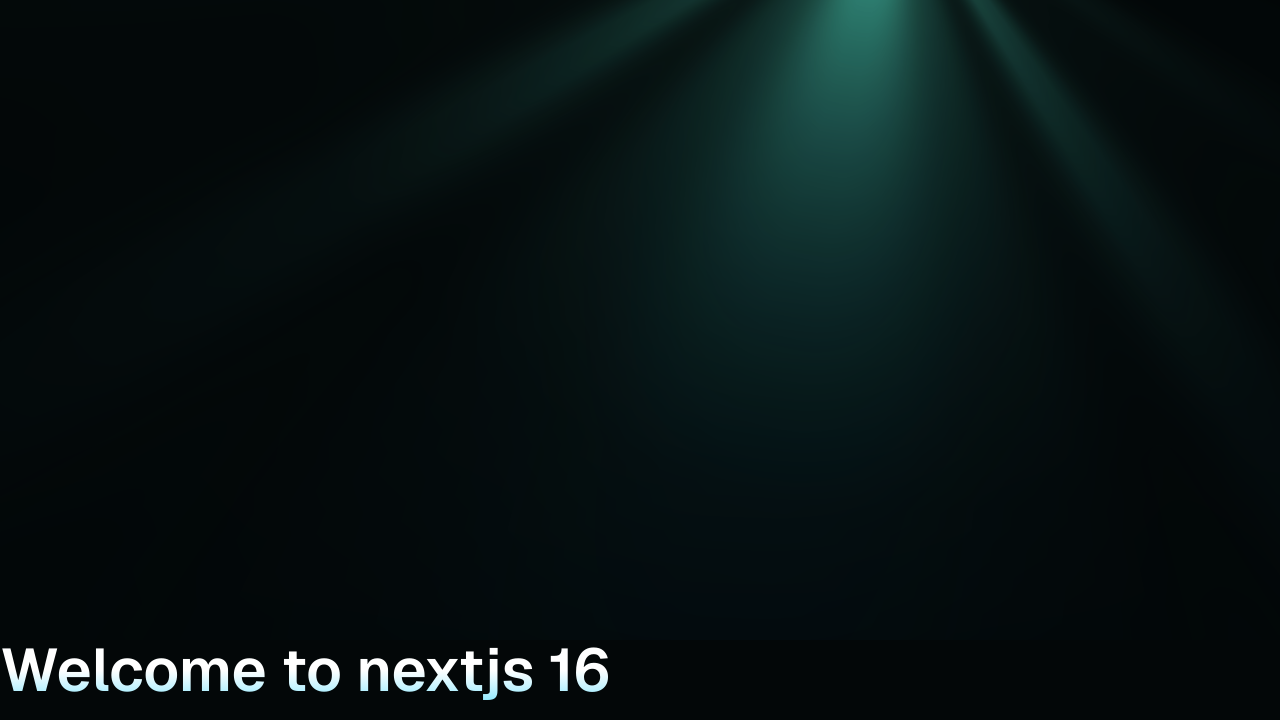
Repository: MuhammadHozaif-Bitsol/DevEvents
Page: /
The author's editor kept a copy of each file at every save. The page is drawn from the files as they stood at one save, then again after the next save.
The browser window is 1280 px wide. The pictures show the whole page.
Some web fonts or font styles are not loaded; a fallback is used. The project was rebuilt for these pictures with package versions that can differ from the ones it lists, and the page was loaded fresh each time. The framework's server and built-in components were replaced by stand-ins that run in the browser. Also part of the build but not shown: next.config.ts.

Above is the page before, as saved 2026-08-25 14:41:25.

### app/layout.tsx
import type { Metadata } from "next";
import { Schibsted_Grotesk, Martian_Mono, Geist } from "next/font/google";
import "./globals.css";
import { cn } from "@/lib/utils";

import LightRays from "@/components/LightRays";
const geist = Geist({ subsets: ["latin"], variable: "--font-sans" });

const schibstedGrotesk = Schibsted_Grotesk({
  variable: "--font-schibsted--grotesk",
  subsets: ["latin"],
});

const martianMono = Martian_Mono({
  variable: "--font-martian-mono",
  subsets: ["latin"],
});

export const metadata: Metadata = {
  title: "DevEvent",
  description: "The hub of every event you just can not miss",
};

export default function RootLayout({ children }: LayoutProps<"/">) {
  return (
    <html
      lang="en"
      className={cn(
        "h-full",
        "antialiased",
        "min-h-screen",
        schibstedGrotesk.variable,
        martianMono.variable,
        "font-sans",
        geist.variable,
      )}
    >
      <body className="min-h-full flex flex-col">
        <div>
          <LightRays></LightRays>
        </div>
        {children}
      </body>
    </html>
  );
}

### app/page.tsx
const page = () => {
  return <h1>Welcome to nextjs 16</h1>;
};

export default page;

### app/globals.css
@import "tailwindcss";
@import "tw-animate-css";

@custom-variant dark (&:is(.dark *));

:root {
  --color-blue: #94eaff;
  --color-light-100: #e7f2ff;
  --color-light-200: #bdbdbd;
  --color-border-dark: #151024;
  --color-dark-100: #0d161a;
  --color-dark-200: #182830;
  --radius: 0.625rem;
  --background: #030708;
  --foreground: #ffffff;
  --card: oklch(1 0 0);
  --card-foreground: oklch(0.145 0 0);
  --popover: oklch(1 0 0);
  --popover-foreground: oklch(0.145 0 0);
  --primary: #59deca;
  --primary-foreground: oklch(0.985 0 0);
  --secondary: oklch(0.97 0 0);
  --secondary-foreground: oklch(0.205 0 0);
  --muted: oklch(0.97 0 0);
  --muted-foreground: oklch(0.556 0 0);
  --accent: oklch(0.97 0 0);
  --accent-foreground: oklch(0.205 0 0);
  --destructive: oklch(0.577 0.245 27.325);
  --border: oklch(0.922 0 0);
  --input: oklch(0.922 0 0);
  --ring: oklch(0.708 0 0);
  --chart-1: oklch(0.646 0.222 41.116);
  --chart-2: oklch(0.6 0.118 184.704);
  --chart-3: oklch(0.398 0.07 227.392);
  --chart-4: oklch(0.828 0.189 84.429);
  --chart-5: oklch(0.769 0.188 70.08);
  --sidebar: oklch(0.985 0 0);
  --sidebar-foreground: oklch(0.145 0 0);
  --sidebar-primary: oklch(0.205 0 0);
  --sidebar-primary-foreground: oklch(0.985 0 0);
  --sidebar-accent: oklch(0.97 0 0);
  --sidebar-accent-foreground: oklch(0.205 0 0);
  --sidebar-border: oklch(0.922 0 0);
  --sidebar-ring: oklch(0.708 0 0);
}

@theme inline {
  --color-background: var(--background);
  --color-foreground: var(--foreground);
  --color-blue: var(--color-blue);
  --color-light-100: var(--color-light-100);
  --color-light-200: var(--color-light-200);
  --color-border-dark: var(--color-border-dark);
  --color-dark-100: var(--color-dark-100);
  --color-dark-200: var(--color-dark-200);
  --font-schibsted-grotesk: var(--font-schibsted-grotesk);
  --font-martian-mono: var(--font-martian-mono);
  --color-sidebar-ring: var(--sidebar-ring);
  --color-sidebar-border: var(--sidebar-border);
  --color-sidebar-accent-foreground: var(--sidebar-accent-foreground);
  --color-sidebar-accent: var(--sidebar-accent);
  --color-sidebar-primary-foreground: var(--sidebar-primary-foreground);
  --color-sidebar-primary: var(--sidebar-primary);
  --color-sidebar-foreground: var(--sidebar-foreground);
  --color-sidebar: var(--sidebar);
  --color-chart-5: var(--chart-5);
  --color-chart-4: var(--chart-4);
  --color-chart-3: var(--chart-3);
  --color-chart-2: var(--chart-2);
  --color-chart-1: var(--chart-1);
  --color-ring: var(--ring);
  --color-input: var(--input);
  --color-border: var(--border);
  --color-destructive: var(--destructive);
  --color-accent-foreground: var(--accent-foreground);
  --color-accent: var(--accent);
  --color-muted-foreground: var(--muted-foreground);
  --color-muted: var(--muted);
  --color-secondary-foreground: var(--secondary-foreground);
  --color-secondary: var(--secondary);
  --color-primary-foreground: var(--primary-foreground);
  --color-primary: var(--primary);
  --color-popover-foreground: var(--popover-foreground);
  --color-popover: var(--popover);
  --color-card-foreground: var(--card-foreground);
  --color-card: var(--card);
  --radius-sm: calc(var(--radius) - 4px);
  --radius-md: calc(var(--radius) - 2px);
  --radius-lg: var(--radius);
  --radius-xl: calc(var(--radius) + 4px);
}

@utility flex-center {
  @apply flex items-center justify-center;
}

@utility text-gradient {
  @apply to-blue bg-gradient-to-b from-white via-white bg-clip-text font-semibold text-transparent;
}

@utility glass {
  @apply bg-[#12121280]/50 rounded-md bg-clip-padding backdrop-filter backdrop-blur-xl border-b border-border-dark;
}

@utility card-shadow {
  box-shadow: 0px 4px 40px 0px #00000066;
}

@layer base {
  * {
    @apply border-border outline-ring/50;
  }

  body {
    @apply bg-background text-foreground;
  }

  main {
    @apply mx-auto container flex flex-col sm:px-10 px-5 py-10;
  }

  h1 {
    @apply text-gradient text-6xl font-semibold max-sm:text-4xl;
  }

  h3 {
    @apply font-schibsted-grotesk text-2xl font-bold;
  }

  ul {
    @apply list-disc list-inside;
  }
}

@layer components {
  #home {
    .subheading {
      @apply text-light-100 text-lg max-sm:text-sm text-center mt-5;
    }
  }

  #explore-btn {
    @apply border-dark-200 bg-dark-100 flex w-fit cursor-pointer  rounded-full border px-8 py-3.5 max-sm:w-full text-center;

    a {
      @apply flex-center gap-2 text-center w-full;
    }
  }

  header {
    @apply glass sticky top-0 z-50;

    nav {
      @apply flex flex-row justify-between mx-auto container sm:px-10 px-5 py-4;
    }

    .logo {
      @apply flex flex-row items-center gap-2;

      p {
        @apply text-xl font-bold italic max-sm:hidden;
      }
    }

    ul {
      @apply flex flex-row items-center gap-6;
    }
  }

  .events {
    @apply grid md:grid-cols-3 gap-10 sm:grid-cols-2 grid-cols-1;
  }

  #event-card {
    @apply flex flex-col gap-3;

    .poster {
      @apply h-[300px] w-full rounded-lg object-cover;
    }

    .title {
      @apply text-[20px] font-semibold line-clamp-1;
    }

    p {
      @apply text-light-200 text-sm font-light;
    }

    .datetime {
      @apply text-light-200 flex flex-row flex-wrap items-center gap-4;

      div {
        @apply flex flex-row gap-2;
      }
    }
  }

  #event {
    .header {
      @apply flex w-2/3 flex-col items-start gap-4 max-lg:w-full mb-10;
    }

    .details {
      @apply flex w-full flex-col lg:flex-row gap-12 items-start mt-12 max-lg:items-center;

      .content {
        @apply flex flex-[2] flex-col gap-8 max-lg:w-full;

        .banner {
          @apply max-h-[457px] w-full rounded-lg object-cover;
        }

        .agenda {
          @apply flex flex-col gap-2;

          ul {
            li {
              @apply text-light-100 text-lg max-sm:text-sm;
            }
          }
        }
      }

      .booking {
        @apply flex-1 w-full p-4 border-l border-gray-700;

        .signup-card {
          @apply bg-dark-100 border-dark-200 card-shadow flex w-full flex-col gap-6 rounded-[10px] border px-5 py-6;
        }
      }
    }

    h2 {
      @apply font-schibsted-grotesk text-2xl font-bold;
    }

    p {
      @apply text-light-100 text-lg max-sm:text-sm;
    }

    .flex-col-gap-2 {
      @apply flex flex-col gap-2;
    }

    .flex-row-gap-2 {
      @apply flex flex-row gap-2;
    }
  }

  .pill {
    @apply bg-dark-100 text-light-100 text-xs rounded-[6px] px-5 py-2;
  }

  #book-event {
    @apply flex flex-col gap-6;

    form {
      @apply flex flex-col gap-6;

      div {
        @apply flex flex-col gap-2;

        input {
          @apply bg-dark-200 rounded-[6px] px-5 py-2.5;
        }
      }

      button {
        @apply bg-primary hover:bg-primary/90 w-full cursor-pointer items-center justify-center rounded-[6px] px-4 py-2.5 text-lg font-semibold text-black;
      }
    }
  }
}

### components/LightRays.tsx
"use client";

import { useRef, useEffect, useState } from "react";
import { Renderer, Program, Triangle, Mesh } from "ogl";

export type RaysOrigin =
  | "top-center"
  | "top-center-offset"
  | "top-left"
  | "top-right"
  | "right"
  | "left"
  | "bottom-center"
  | "bottom-right"
  | "bottom-left";

interface LightRaysProps {
  raysOrigin?: RaysOrigin;
  raysColor?: string;
  raysSpeed?: number;
  lightSpread?: number;
  rayLength?: number;
  pulsating?: boolean;
  fadeDistance?: number;
  saturation?: number;
  followMouse?: boolean;
  mouseInfluence?: number;
  noiseAmount?: number;
  distortion?: number;
  className?: string;
}

const DEFAULT_COLOR = "#ffffff";

const hexToRgb = (hex: string): [number, number, number] => {
  const m = /^#?([a-f\d]{2})([a-f\d]{2})([a-f\d]{2})$/i.exec(hex);
  return m
    ? [
        parseInt(m[1], 16) / 255,
        parseInt(m[2], 16) / 255,
        parseInt(m[3], 16) / 255,
      ]
    : [1, 1, 1];
};

const getAnchorAndDir = (
  origin: RaysOrigin,
  w: number,
  h: number,
): { anchor: [number, number]; dir: [number, number] } => {
  const outside = 0.2;
  switch (origin) {
    case "top-left":
      return { anchor: [0, -outside * h], dir: [0, 1] };
    case "top-right":
      return { anchor: [w, -outside * h], dir: [0, 1] };
    case "top-center-offset":
      return { anchor: [0.5 * w + 0.2 * w, -outside * h], dir: [-0.2, 1] };
    case "left":
      return { anchor: [-outside * w, 0.5 * h], dir: [1, 0] };
    case "right":
      return { anchor: [(1 + outside) * w, 0.5 * h], dir: [-1, 0] };
    case "bottom-left":
      return { anchor: [0, (1 + outside) * h], dir: [0, -1] };
    case "bottom-center":
      return { anchor: [0.5 * w, (1 + outside) * h], dir: [0, -1] };
    case "bottom-right":
      return { anchor: [w, (1 + outside) * h], dir: [0, -1] };
    default: // "top-center"
      return { anchor: [0.5 * w, -outside * h], dir: [0, 1] };
  }
};

const LightRays: React.FC<LightRaysProps> = ({
  raysOrigin = "top-center-offset",
  raysColor = "#5dfeca",
  raysSpeed = 1,
  lightSpread = 1,
  rayLength = 2,
  pulsating = false,
  fadeDistance = 1.0,
  saturation = 1.0,
  followMouse = true,
  mouseInfluence = 0.1,
  noiseAmount = 0.0,
  distortion = 0.0,
  className = "",
}) => {
  const containerRef = useRef<HTMLDivElement>(null);
  const uniformsRef = useRef<any>(null);
  const rendererRef = useRef<Renderer | null>(null);
  const mouseRef = useRef({ x: 0.5, y: 0.5 });
  const smoothMouseRef = useRef({ x: 0.5, y: 0.5 });
  const animationIdRef = useRef<number | null>(null);
  const meshRef = useRef<any>(null);
  const cleanupFunctionRef = useRef<(() => void) | null>(null);
  const [isVisible, setIsVisible] = useState(false);
  const observerRef = useRef<IntersectionObserver | null>(null);

  useEffect(() => {
    if (!containerRef.current) return;

    observerRef.current = new IntersectionObserver(
      (entries) => {
        const entry = entries[0];
        setIsVisible(entry.isIntersecting);
      },
      { threshold: 0.1 },
    );

    observerRef.current.observe(containerRef.current);

    return () => {
      if (observerRef.current) {
        observerRef.current.disconnect();
        observerRef.current = null;
      }
    };
  }, []);

  useEffect(() => {
    if (!isVisible || !containerRef.current) return;

    if (cleanupFunctionRef.current) {
      cleanupFunctionRef.current();
      cleanupFunctionRef.current = null;
    }

    const initializeWebGL = async () => {
      if (!containerRef.current) return;

      await new Promise((resolve) => setTimeout(resolve, 10));

      if (!containerRef.current) return;

      const renderer = new Renderer({
        dpr: Math.min(window.devicePixelRatio, 2),
        alpha: true,
      });
      rendererRef.current = renderer;

      const gl = renderer.gl;
      gl.canvas.style.width = "100%";
      gl.canvas.style.height = "100%";

      while (containerRef.current.firstChild) {
        containerRef.current.removeChild(containerRef.current.firstChild);
      }
      containerRef.current.appendChild(gl.canvas);

      const vert = `
attribute vec2 position;
varying vec2 vUv;
void main() {
  vUv = position * 0.5 + 0.5;
  gl_Position = vec4(position, 0.0, 1.0);
}`;

      const frag = `precision highp float;

uniform float iTime;
uniform vec2  iResolution;

uniform vec2  rayPos;
uniform vec2  rayDir;
uniform vec3  raysColor;
uniform float raysSpeed;
uniform float lightSpread;
uniform float rayLength;
uniform float pulsating;
uniform float fadeDistance;
uniform float saturation;
uniform vec2  mousePos;
uniform float mouseInfluence;
uniform float noiseAmount;
uniform float distortion;

varying vec2 vUv;

float noise(vec2 st) {
  return fract(sin(dot(st.xy, vec2(12.9898,78.233))) * 43758.5453123);
}

float rayStrength(vec2 raySource, vec2 rayRefDirection, vec2 coord,
                  float seedA, float seedB, float speed) {
  vec2 sourceToCoord = coord - raySource;
  vec2 dirNorm = normalize(sourceToCoord);
  float cosAngle = dot(dirNorm, rayRefDirection);

  float distortedAngle = cosAngle + distortion * sin(iTime * 2.0 + length(sourceToCoord) * 0.01) * 0.2;

  float spreadFactor = pow(max(distortedAngle, 0.0), 1.0 / max(lightSpread, 0.001));

  float distance = length(sourceToCoord);
  float maxDistance = iResolution.x * rayLength;
  float lengthFalloff = clamp((maxDistance - distance) / maxDistance, 0.0, 1.0);

  float fadeFalloff = clamp((iResolution.x * fadeDistance - distance) / (iResolution.x * fadeDistance), 0.5, 1.0);
  float pulse = pulsating > 0.5 ? (0.8 + 0.2 * sin(iTime * speed * 3.0)) : 1.0;

  float baseStrength = clamp(
    (0.45 + 0.15 * sin(distortedAngle * seedA + iTime * speed)) +
    (0.3 + 0.2 * cos(-distortedAngle * seedB + iTime * speed)),
    0.0, 1.0
  );

  return baseStrength * lengthFalloff * fadeFalloff * spreadFactor * pulse;
}

void mainImage(out vec4 fragColor, in vec2 fragCoord) {
  vec2 coord = vec2(fragCoord.x, iResolution.y - fragCoord.y);

  vec2 finalRayDir = rayDir;
  if (mouseInfluence > 0.0) {
    vec2 mouseScreenPos = mousePos * iResolution.xy;
    vec2 mouseDirection = normalize(mouseScreenPos - rayPos);
    finalRayDir = normalize(mix(rayDir, mouseDirection, mouseInfluence));
  }

  vec4 rays1 = vec4(1.0) *
               rayStrength(rayPos, finalRayDir, coord, 36.2214, 21.11349,
                           1.5 * raysSpeed);
  vec4 rays2 = vec4(1.0) *
               rayStrength(rayPos, finalRayDir, coord, 22.3991, 18.0234,
                           1.1 * raysSpeed);

  fragColor = rays1 * 0.5 + rays2 * 0.4;

  if (noiseAmount > 0.0) {
    float n = noise(coord * 0.01 + iTime * 0.1);
    fragColor.rgb *= (1.0 - noiseAmount + noiseAmount * n);
  }

  float brightness = 1.0 - (coord.y / iResolution.y);
  fragColor.x *= 0.1 + brightness * 0.8;
  fragColor.y *= 0.3 + brightness * 0.6;
  fragColor.z *= 0.5 + brightness * 0.5;

  if (saturation != 1.0) {
    float gray = dot(fragColor.rgb, vec3(0.299, 0.587, 0.114));
    fragColor.rgb = mix(vec3(gray), fragColor.rgb, saturation);
  }

  fragColor.rgb *= raysColor;
}

void main() {
  vec4 color;
  mainImage(color, gl_FragCoord.xy);
  gl_FragColor  = color;
}`;

      const uniforms = {
        iTime: { value: 0 },
        iResolution: { value: [1, 1] },

        rayPos: { value: [0, 0] },
        rayDir: { value: [0, 1] },

        raysColor: { value: hexToRgb(raysColor) },
        raysSpeed: { value: raysSpeed },
        lightSpread: { value: lightSpread },
        rayLength: { value: rayLength },
        pulsating: { value: pulsating ? 1.0 : 0.0 },
        fadeDistance: { value: fadeDistance },
        saturation: { value: saturation },
        mousePos: { value: [0.5, 0.5] },
        mouseInfluence: { value: mouseInfluence },
        noiseAmount: { value: noiseAmount },
        distortion: { value: distortion },
      };
      uniformsRef.current = uniforms;

      const geometry = new Triangle(gl);
      const program = new Program(gl, {
        vertex: vert,
        fragment: frag,
        uniforms,
      });
      const mesh = new Mesh(gl, { geometry, program });
      meshRef.current = mesh;

      const updatePlacement = () => {
        if (!containerRef.current || !renderer) return;

        renderer.dpr = Math.min(window.devicePixelRatio, 2);

        const { clientWidth: wCSS, clientHeight: hCSS } = containerRef.current;
        renderer.setSize(wCSS, hCSS);

        const dpr = renderer.dpr;
        const w = wCSS * dpr;
        const h = hCSS * dpr;

        uniforms.iResolution.value = [w, h];

        const { anchor, dir } = getAnchorAndDir(raysOrigin, w, h);
        uniforms.rayPos.value = anchor;
        uniforms.rayDir.value = dir;
      };

      const loop = (t: number) => {
        if (!rendererRef.current || !uniformsRef.current || !meshRef.current) {
          return;
        }

        uniforms.iTime.value = t * 0.001;

        if (followMouse && mouseInfluence > 0.0) {
          const smoothing = 0.92;

          smoothMouseRef.current.x =
            smoothMouseRef.current.x * smoothing +
            mouseRef.current.x * (1 - smoothing);
          smoothMouseRef.current.y =
            smoothMouseRef.current.y * smoothing +
            mouseRef.current.y * (1 - smoothing);

          uniforms.mousePos.value = [
            smoothMouseRef.current.x,
            smoothMouseRef.current.y,
          ];
        }

        try {
          renderer.render({ scene: mesh });
          animationIdRef.current = requestAnimationFrame(loop);
        } catch (error) {
          console.warn("WebGL rendering error:", error);
          return;
        }
      };

      window.addEventListener("resize", updatePlacement);
      updatePlacement();
      animationIdRef.current = requestAnimationFrame(loop);

      cleanupFunctionRef.current = () => {
        if (animationIdRef.current) {
          cancelAnimationFrame(animationIdRef.current);
          animationIdRef.current = null;
        }

        window.removeEventListener("resize", updatePlacement);

        if (renderer) {
          try {
            const canvas = renderer.gl.canvas;
            const loseContextExt =
              renderer.gl.getExtension("WEBGL_lose_context");
            if (loseContextExt) {
              loseContextExt.loseContext();
            }

            if (canvas && canvas.parentNode) {
              canvas.parentNode.removeChild(canvas);
            }
          } catch (error) {
            console.warn("Error during WebGL cleanup:", error);
          }
        }

        rendererRef.current = null;
        uniformsRef.current = null;
        meshRef.current = null;
      };
    };

    initializeWebGL();

    return () => {
      if (cleanupFunctionRef.current) {
        cleanupFunctionRef.current();
        cleanupFunctionRef.current = null;
      }
    };
  }, [
    isVisible,
    raysOrigin,
    raysColor,
    raysSpeed,
    lightSpread,
    rayLength,
    pulsating,
    fadeDistance,
    saturation,
    followMouse,
    mouseInfluence,
    noiseAmount,
    distortion,
  ]);

  useEffect(() => {
    if (!uniformsRef.current || !containerRef.current || !rendererRef.current)
      return;

    const u = uniformsRef.current;
    const renderer = rendererRef.current;

    u.raysColor.value = hexToRgb(raysColor);
    u.raysSpeed.value = raysSpeed;
    u.lightSpread.value = lightSpread;
    u.rayLength.value = rayLength;
    u.pulsating.value = pulsating ? 1.0 : 0.0;
    u.fadeDistance.value = fadeDistance;
    u.saturation.value = saturation;
    u.mouseInfluence.value = mouseInfluence;
    u.noiseAmount.value = noiseAmount;
    u.distortion.value = distortion;

    const { clientWidth: wCSS, clientHeight: hCSS } = containerRef.current;
    const dpr = renderer.dpr;
    const { anchor, dir } = getAnchorAndDir(raysOrigin, wCSS * dpr, hCSS * dpr);
    u.rayPos.value = anchor;
    u.rayDir.value = dir;
  }, [
    raysColor,
    raysSpeed,
    lightSpread,
    raysOrigin,
    rayLength,
    pulsating,
    fadeDistance,
    saturation,
    mouseInfluence,
    noiseAmount,
    distortion,
  ]);

  useEffect(() => {
    const handleMouseMove = (e: MouseEvent) => {
      if (!containerRef.current || !rendererRef.current) return;
      const rect = containerRef.current.getBoundingClientRect();
      const x = (e.clientX - rect.left) / rect.width;
      const y = (e.clientY - rect.top) / rect.height;
      mouseRef.current = { x, y };
    };

    if (followMouse) {
      window.addEventListener("mousemove", handleMouseMove);
      return () => window.removeEventListener("mousemove", handleMouseMove);
    }
  }, [followMouse]);

  return (
    <div
      ref={containerRef}
      className={`pointer-events-none relative z-[3] h-full w-full overflow-hidden ${className}`.trim()}
    />
  );
};

export default LightRays;

Loaded but not shown: lib/utils.ts (common file)

After the next save:
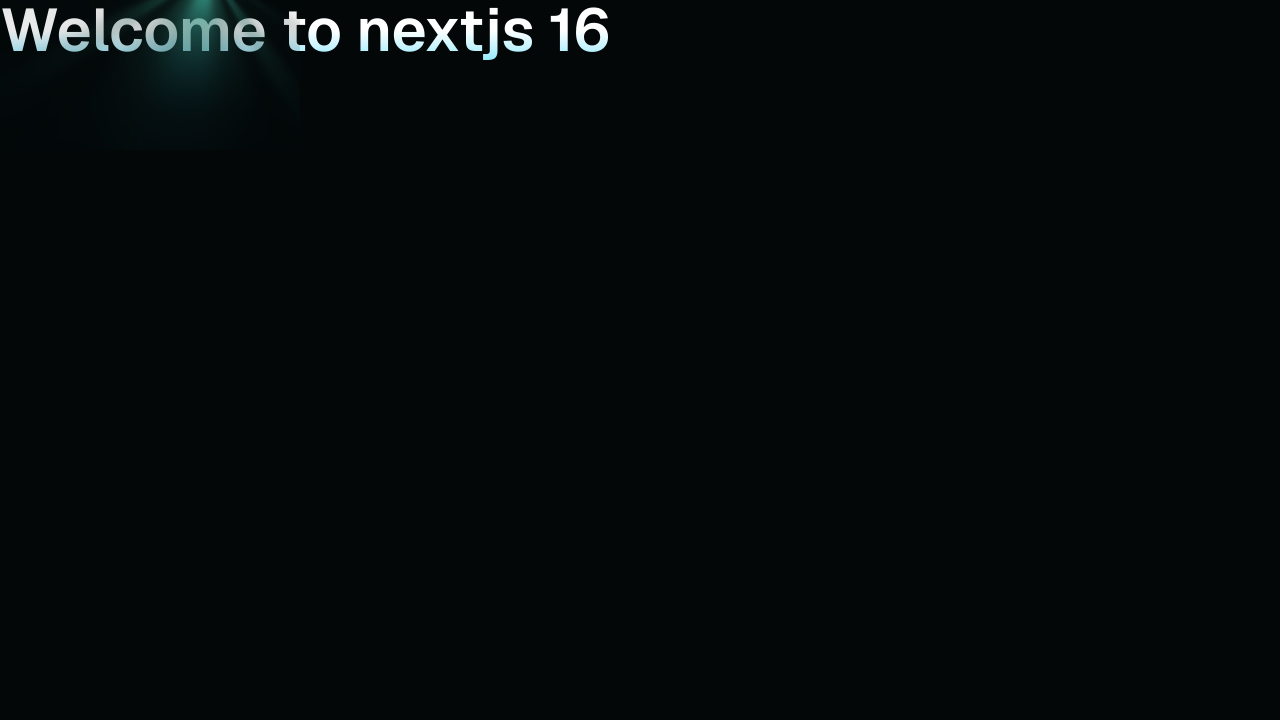
Saved 26 s later.
--- a/app/layout.tsx
+++ b/app/layout.tsx
@@ -36,7 +36,7 @@ export default function RootLayout({ children }: LayoutProps<"/">) {
       )}
     >
       <body className="min-h-full flex flex-col">
-        <div>
+        <div className="absolute">
           <LightRays></LightRays>
         </div>
         {children}
